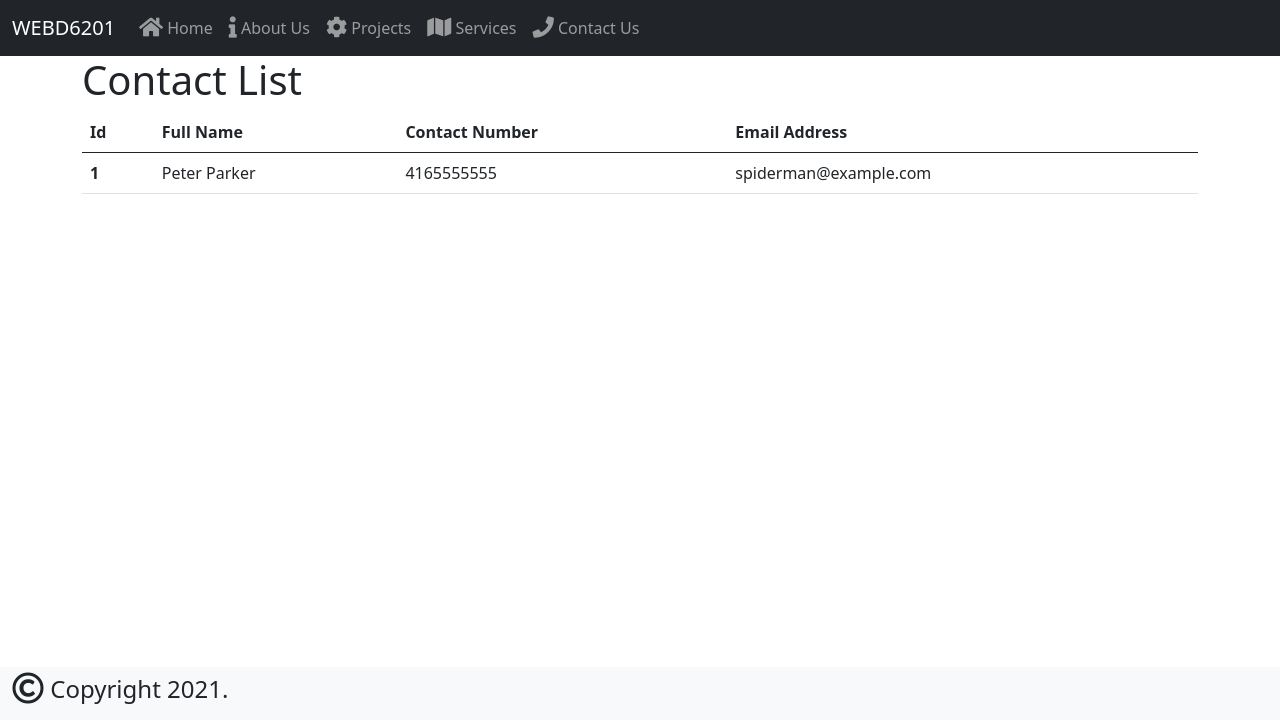
Repository: CKM206/WEBD6201-W2021-ICE2
Page: contact-list.html
These files come from the project's save history. The page is drawn as it stood at one moment and after the next save; the edit follows.
The browser window is 1280 px wide. The pictures show the whole page.

Above is the page before, as saved 2021-01-28 09:50:57.

After the next save:
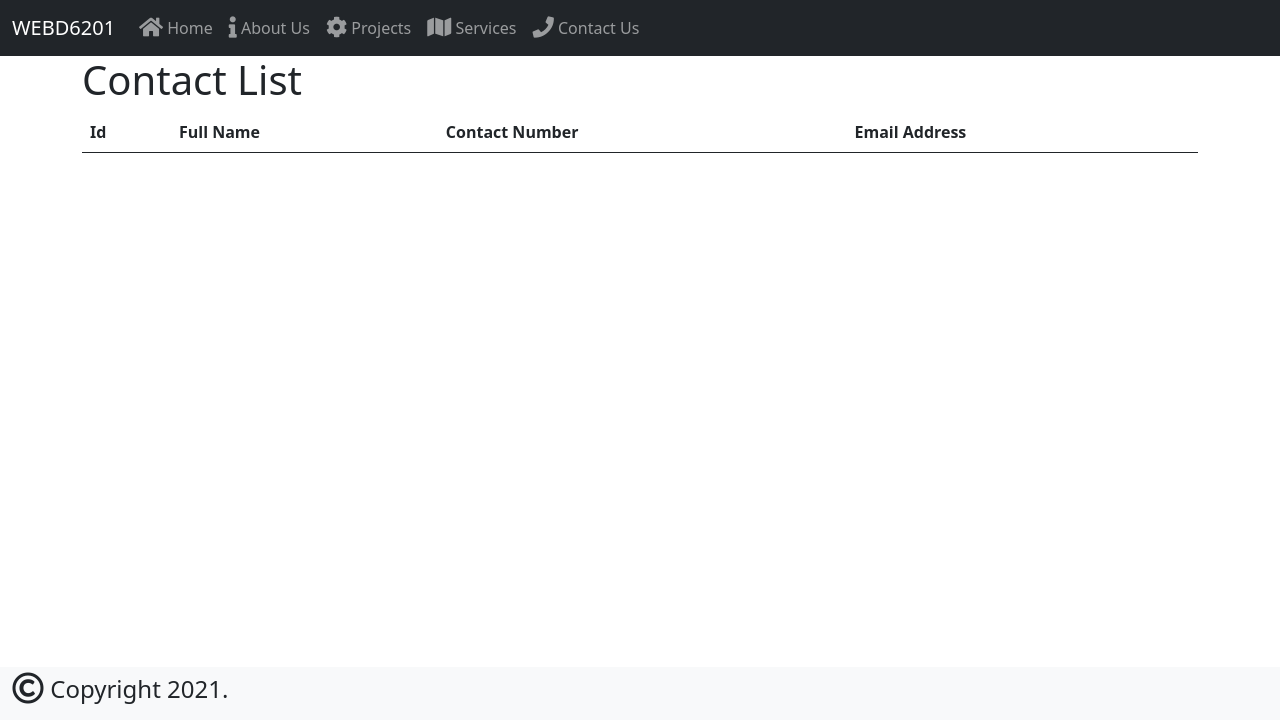
Saved 7 s later.
--- a/contact-list.html
+++ b/contact-list.html
@@ -59,12 +59,6 @@
               </tr>
             </thead>
             <tbody id="contactList">
-              <tr>
-                <th scope="row">1</th>
-                <td>Peter Parker</td>
-                <td>4165555555</td>
-                <td>spiderman@example.com</td>
-              </tr>
             </tbody>
           </table>
 
